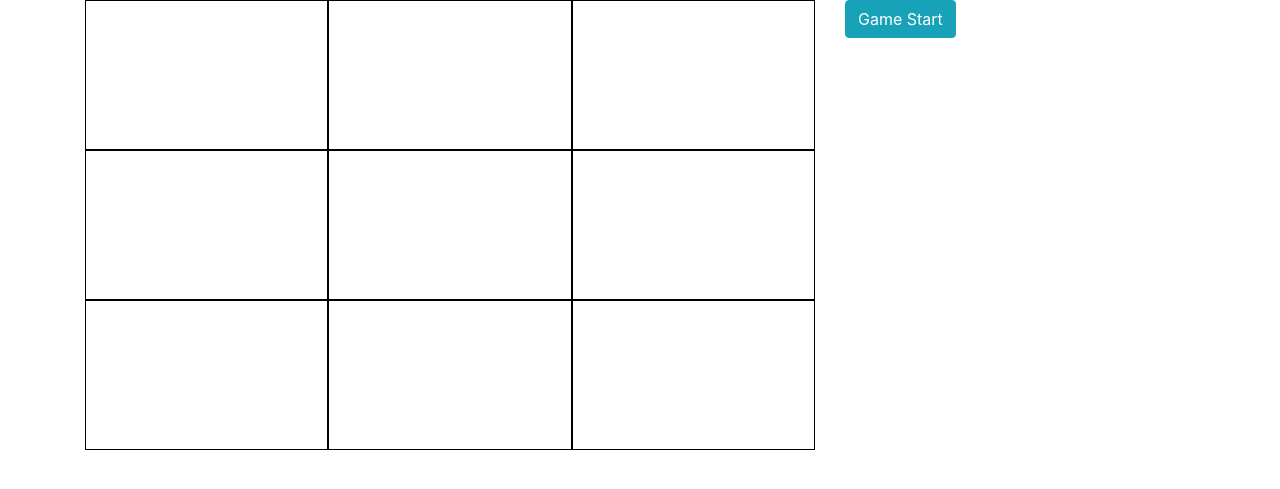
Repository: tts2610/Tic-Tac_Toe
Page: /
An editor plug-in stored every save of this project. The page is shown before and after the next save, followed by the edit.
The browser window is 1280 px wide. The pictures show the whole page.
The project was rebuilt for these pictures with package versions that can differ from the ones it lists, and the page was loaded fresh each time.

Above is the page before, as saved 2020-06-02 20:11:37.

After the next save:
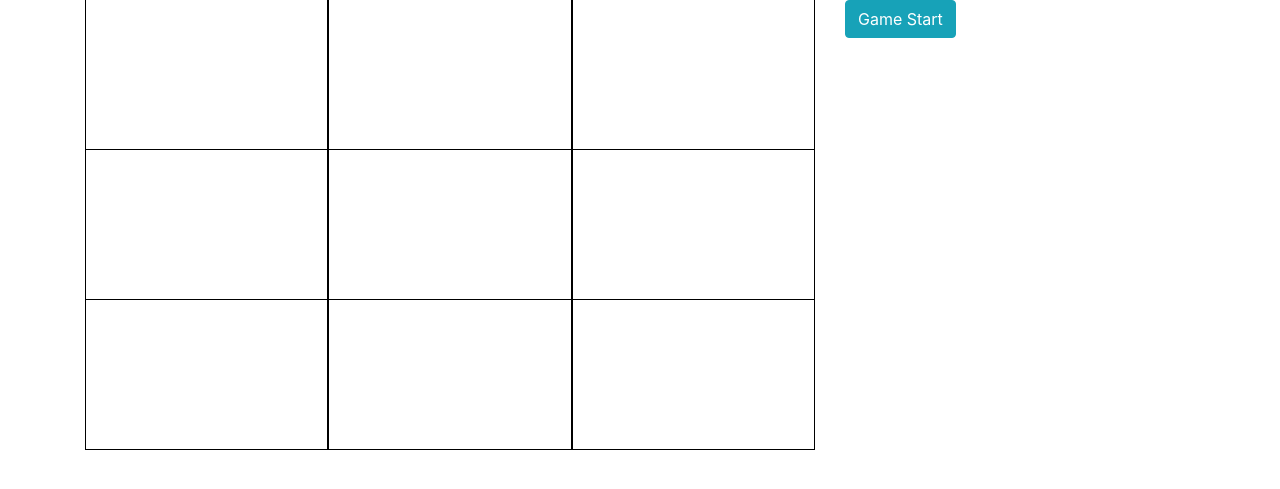
Saved 7 min 14 s later.
--- a/src/App.css
+++ b/src/App.css
@@ -2,6 +2,7 @@
     min-width: max-content;
     height: 150px;
     border: 1px solid black;
+    border-top: none;
     display: flex;
     justify-content: center;
 }

After the save that followed:
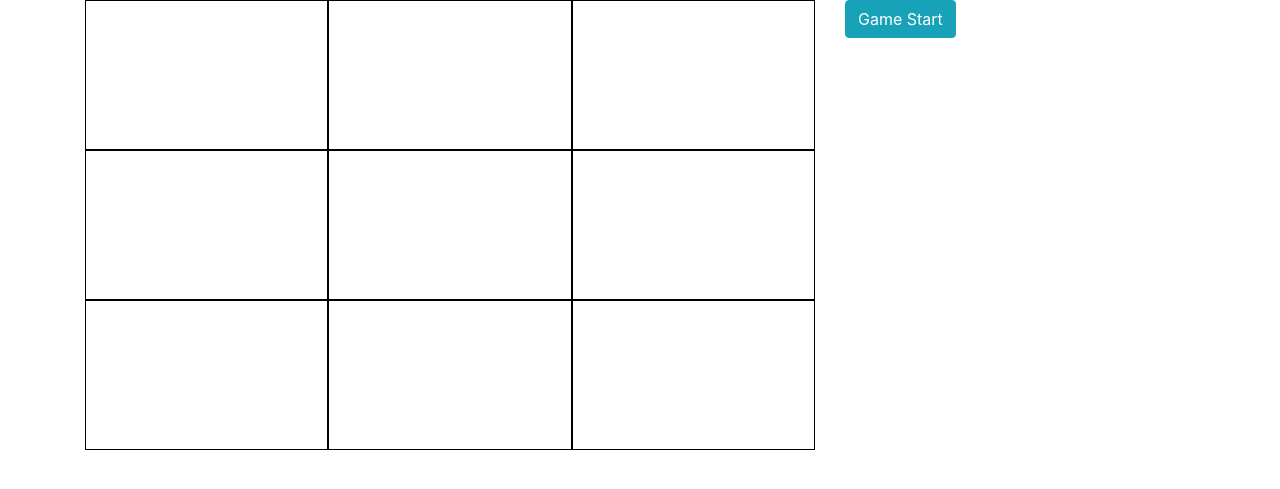
Saved 53 s later.
--- a/src/App.css
+++ b/src/App.css
@@ -2,7 +2,6 @@
     min-width: max-content;
     height: 150px;
     border: 1px solid black;
-    border-top: none;
     display: flex;
     justify-content: center;
 }
